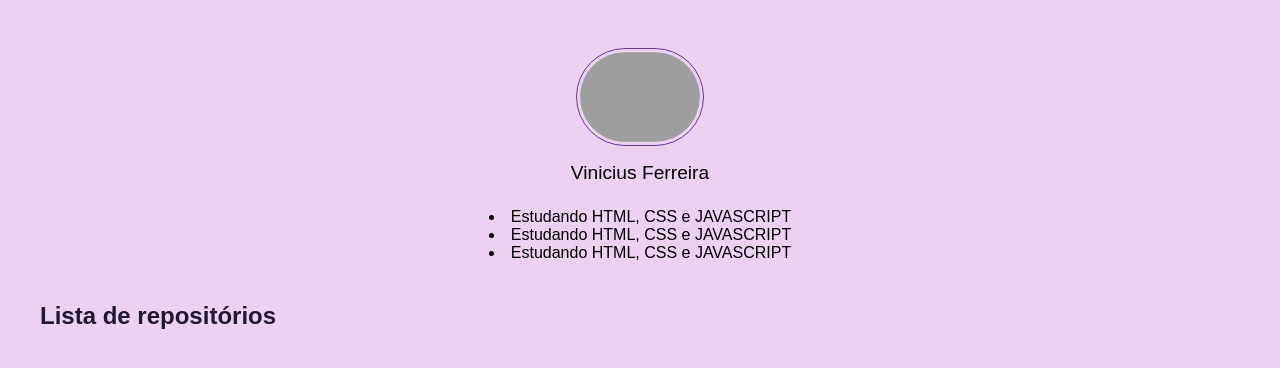
Repository: viniciusfg05/AnnotationReacts
Page: /
These files come from the project's save history. The page is drawn as it stood at one moment and after a run of saves; the edit follows.
The browser window is 1280 px wide. The pictures show the whole page.
Pictures or frames that could not be fetched are drawn as grey boxes. The page's requests for data from a server got no answer. The project was rebuilt for these pictures with package versions that can differ from the ones it lists, and the page was loaded fresh each time. No one was signed in, and anything a server would have sent is missing. Also part of the build but not shown: webpack.config.js, src/components/RepositoryItens.tsx.

Above is the page before, as saved 2022-02-18 14:52:51.

### public/index.html
<!DOCTYPE html>
<html lang="en">
  <head>
    <meta charset="UTF-8" />
    <meta name="viewport" content="width=device-width, initial-scale=1.0" />
    <title>ReactFundamentos</title>
  </head>
  <body>
    <div id="root"></div>

    <script src="../dist/bundle.js"></script>
  </body>
</html>

### src/index.tsx
import {render} from 'react-dom'
import { App } from './App'

render(<App />, document.getElementById('root'))

### src/App.tsx
import './styles/global.scss'
import './styles/profile.scss'

import { RepositoryList } from './components/RepositoryList'
import { Profile } from './components/Profile'
import { Counter } from './components/Counter'

export function App() {
  return (
    <>
      <Profile />
      <RepositoryList />
      {/* <Counter /> */}
    </>
  )
}

//Quando uma return mais de um componet, precisamos add um element pai, colocariamos uma div, mas futuramente isso pode atrapalhar no css e outro
//Usamos uma tag sem nada que se chama fraguimentos <> </> e não produz nada visual no html

//Por padrão p react não fica monitorando se algum estado está sendo alterado e rederizar novamente em tela
//Estado: variaveis que ele vai monitorarar
//Para isso vamos importar um elemento do react chamado useState "import { useState } from 'react'"

### src/styles/global.scss
* {
  margin: 0;
  padding: 0;
  box-sizing: border-box;
}

body {
  font: 16px 'Helvetica Neve', Arial, sans-serif;
}

### src/styles/profile.scss
.Content {
  // background-color: red;
  width: 100%;

  .perfil {
    img {
      border-radius: 5rem;
      width: 8rem;
      padding: 0.2rem;
      border: 1px solid rebeccapurple;

      display: flex;
      margin-left: auto;
      margin-right: auto;
      margin-bottom: 1rem;
      margin-top: 3rem;
    }

    p {
      text-align: center;
      font-size: 1.2rem;
    }
  }

  .bio {
    // list-style: none;
    text-align: center;
    margin-top: 1.5rem;
  }
}

//

### src/components/RepositoryList.tsx
import { useState, useEffect } from 'react'
import { RepositoryItens } from './RepositoryItens'
import '../styles/repositories.scss'

interface Repository {
  name: string;
  description: string;
  html_url: string;
}

export function RepositoryList() {
  const [repositories, setRepositories] = useState<Repository[]>([]);

  useEffect(() => {
    fetch('https://api.github.com/users/viniciusfg05/repos')
    .then(response => response.json()) //quando a api retorna uma resposta, converter para .json
    .then(data => setRepositories(data)) //quando terminar de ser convertida eu vou ter os dados do meu repositório
  }, [])

  return (
    <section className="repository-list">
      <h1>Lista de repositórios</h1>

      <ul>
        {repositories.map(repository => {
          return <RepositoryItens key={repository.name} repository={repository} />
        })}
      </ul>
    </section>
  )
}

      //para cada repository ele retorna um item

### src/components/Profile.tsx

interface ProfileProps {
  repository: {
    avatar_url: string;
    bio: string;
    login: string;
  }
}

export function Profile(props: ProfileProps) {
  return (
    <div>
      <div className="Content">
        <div className="perfil">
          <img src="https://avatars.githubusercontent.com/u/68232658?v=4" alt="Foto de perfil" />

          <p>Vinicius Ferreira</p>
        </div>


        <div className="bio">
          <li>Estudando HTML, CSS e JAVASCRIPT</li>
          <li>Estudando HTML, CSS e JAVASCRIPT</li>
          <li>Estudando HTML, CSS e JAVASCRIPT</li>
        </div>
      </div>
    </div>

  )
}

### src/styles/repositories.scss
body {
  background-color: rgb(235, 210, 241);
}

section.repository-list {
  margin: 40px;

  h1 {
    color: #201637;
    margin-bottom: 16px;
  }

  ul {
    list-style: none;

    li {
      strong {
        color: #201637;
        font-size: 20px;
      }

      & + li {
        //aplica apenas para quem tem um irmao a baixo copm a tag "li"
        margin-top: 20px;
      }

      p {
        font-size: 14px;
        color: #444;
        margin-top: 8px;
      }

      a {
        display: inline-block;
        margin-top: 5px;
        margin-bottom: 16px;
        text-decoration: none;
        color: #8257e6;
      }

      .divide {
        border-bottom: 1px solid #20163719;
      }
    }
  }
}

After the next 2 saves:
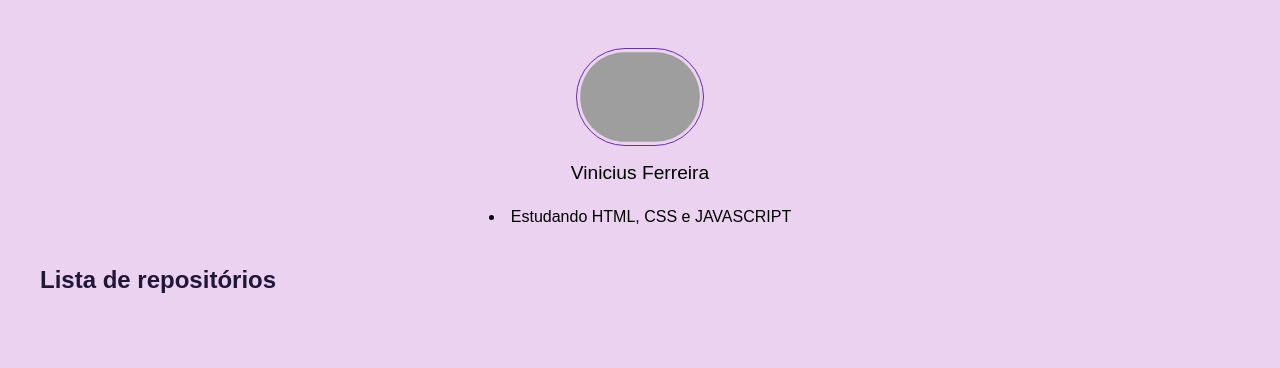
The 2 saves are shown as one change because they came seconds apart.
The last was saved 104 s later.
--- a/src/components/Profile.tsx
+++ b/src/components/Profile.tsx
@@ -20,8 +20,6 @@ export function Profile(props: ProfileProps) {
 
         <div className="bio">
           <li>Estudando HTML, CSS e JAVASCRIPT</li>
-          <li>Estudando HTML, CSS e JAVASCRIPT</li>
-          <li>Estudando HTML, CSS e JAVASCRIPT</li>
         </div>
       </div>
     </div>
